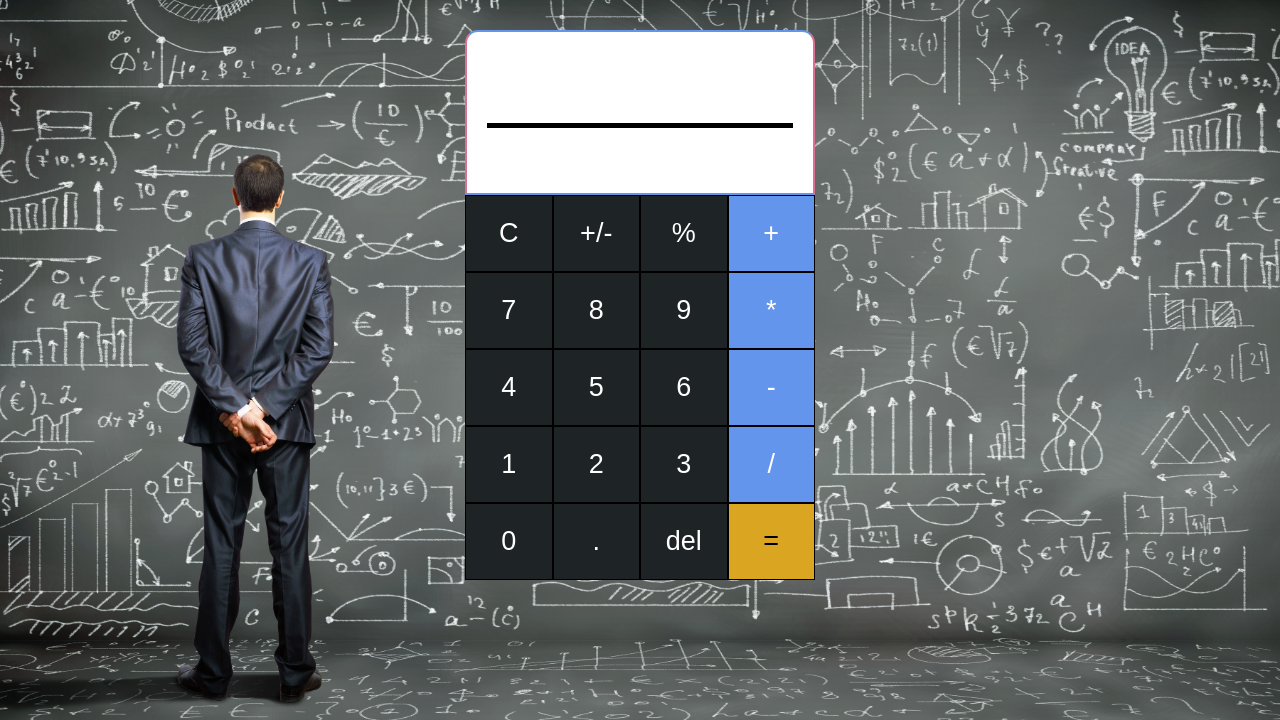
Repository: OfirLana/Calculator
Page: index.html
An editor plug-in stored every save of this project. The page is shown before and after the next save, followed by the edit.
The browser window is 1280 px wide. The pictures show the whole page.
Pictures or frames that could not be fetched are drawn as grey boxes.

Above is the page before, as saved 2019-03-18 18:56:46.

### index.html
<!DOCTYPE html>
<html lang="en">

<head>
    <meta charset="UTF-8">
    <meta name="viewport" content="width=device-width, initial-scale=1.0">
    <meta http-equiv="X-UA-Compatible" content="ie=edge">
    <link href="https://fonts.googleapis.com/css?family=Lato:100,300,400,700,900" rel="stylesheet">
    <title>Document</title>
    <link rel="stylesheet" href="style.css">
    <!-- <iframe width:"0" height="0"
        src="http://www.youtuberepeater.com/watch?v=3FsLxCsDjZM&name=David+Bowie+Space+Oddity+Virgin+Magnetic+Material+Remix"
        frameborder="0" allowfullscreen></iframe> -->
</head>

<body>

    <div class="calculator">
        <div class="output_box">
            <div class="main_output"></div>
            <div class="sub_output"></div>
        </div>


        <div class="opeartor_box">
            <button class="btn dlt">C</button>
            <button class="btn">+/-</button>
            <button class="btn ">%</button>
            <button class="btn op">+</button>
            <button class="btn">7</button>
            <button class="btn">8</button>
            <button class="btn">9</button>
            <button class="btn op">*</button>
            <button class="btn">4</button>
            <button class="btn">5</button>
            <button class="btn">6</button>
            <button class="btn op">-</button>
            <button class="btn">1</button>
            <button class="btn">2</button>
            <button class="btn">3</button>
            <button class="btn op">/</button>
            <button class="btn">0</button>
            <button class="btn">.</button>
            <button class="btn">del</button>
            <button class="btn sum">=</button>


        </div>








    </div>
    <script src="index.js"></script>
</body>

</html>

### style.css
* {
    margin: 0;
    padding: 0;
    box-sizing: border-box;
}

html {
    font-size: 62.5%;
}

body {
    font-family: "Lato", sans-serif;
    font-size: 1.6rem;
    color: #777;
    padding: 3rem 0px 0px 0px;
    /* background: cadetblue; */
    background:url(img/math2.jpg);
    background-size: cover;

}



.calculator {
    display: flex;
    flex-direction: column;
    margin: 0 auto;
    width: 35rem;
    height: 55rem;
    /* border: 1px solid red; */
    border-radius: 5px;
}

.output_box {
    display: flex;
    flex-direction: column;
    flex-basis: 30%;
    border: 2px solid cornflowerblue;
    border-radius: 13px 13px 0px 0px;
    border-right: 2px solid palevioletred;
    border-left: 2px solid palevioletred;
    width: 100%;
    justify-content: space-between;
    padding:0px 20px;
    background:white;
    color:black;
    font-size:19px;
}

.main_output {
    display: flex;
    /* border: 1px solid blue; */
    height: 9rem;
    justify-content: center;
    align-items:center;
    /* background:blue; */
  /* border:1px solid tomato; */
    width:100%;
    /* background:blue; */
    text-align:end;
    overflow: hidden;

}






.sub_output {
    display: flex;
    font-size: 4rem;
    font-weight: 700;
    /* border: 1px solid salmon; */
    height: 7rem;
    /* background:red; */

    justify-content: center;
    align-items: center;
    overflow: hidden;
    border-top:5px solid black;
    /* background:tomato; */
}

.opeartor_box{
    display:flex;
    /* flex-direction: column; */
    flex-wrap:wrap;
    width:100%;
    /* border:5px solid purple; */
    flex-basis:70%;
}

.btn{
    width:25%;
    height:20%;
    background:#1E2326;
    border: 1px solid black;
    color:white;
    font-size:27px;
    font-weight:100;
    cursor: pointer;
}

.btn:active{
    background: salmon;
    border:1px solid black;
}
.btn:hover{
    opacity:0.8;
}
.op {
    background:cornflowerblue;
}

.sum{
    background:goldenrod;
    color:black;
}

Loaded but not shown: index.js (no copy from this time; the picture is the same without it)

After the next save:
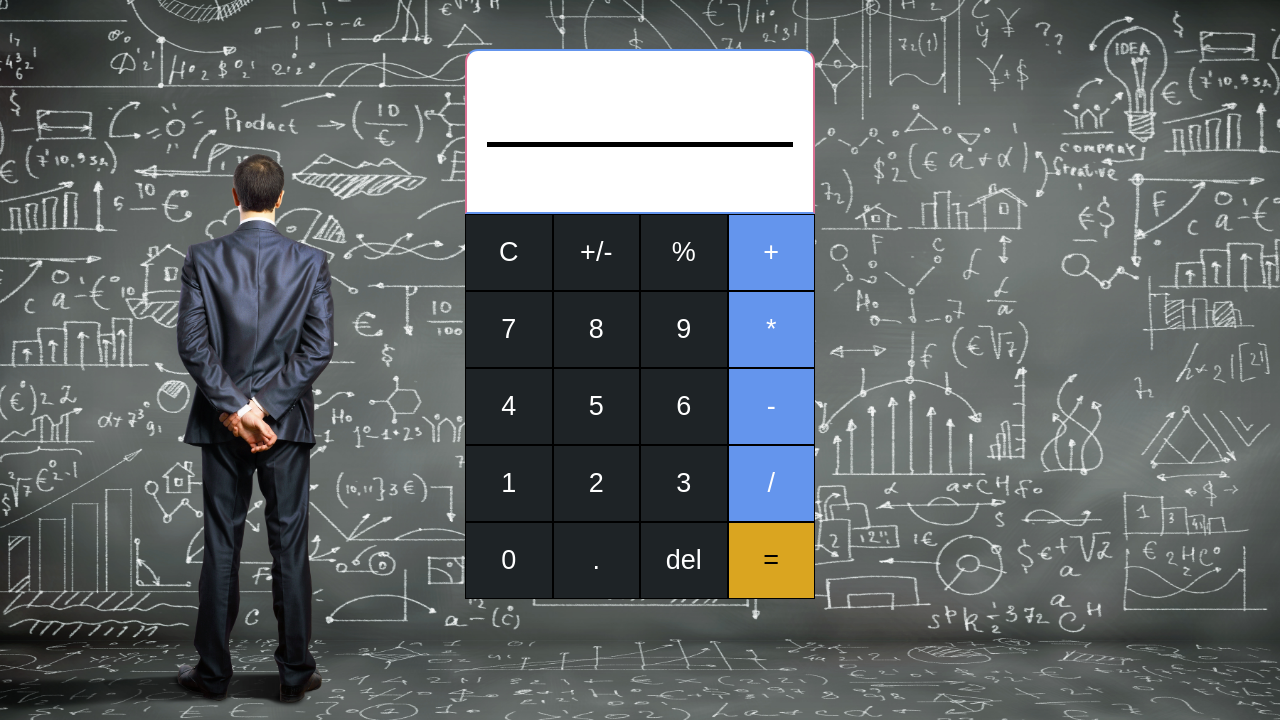
Saved 5 h 35 min later.
--- a/index.html
+++ b/index.html
@@ -8,9 +8,9 @@
     <link href="https://fonts.googleapis.com/css?family=Lato:100,300,400,700,900" rel="stylesheet">
     <title>Document</title>
     <link rel="stylesheet" href="style.css">
-    <!-- <iframe width:"0" height="0"
+    <iframe width:"0" height="0"
         src="http://www.youtuberepeater.com/watch?v=3FsLxCsDjZM&name=David+Bowie+Space+Oddity+Virgin+Magnetic+Material+Remix"
-        frameborder="0" allowfullscreen></iframe> -->
+        frameborder="0" allowfullscreen></iframe>
 </head>
 
 <body>
